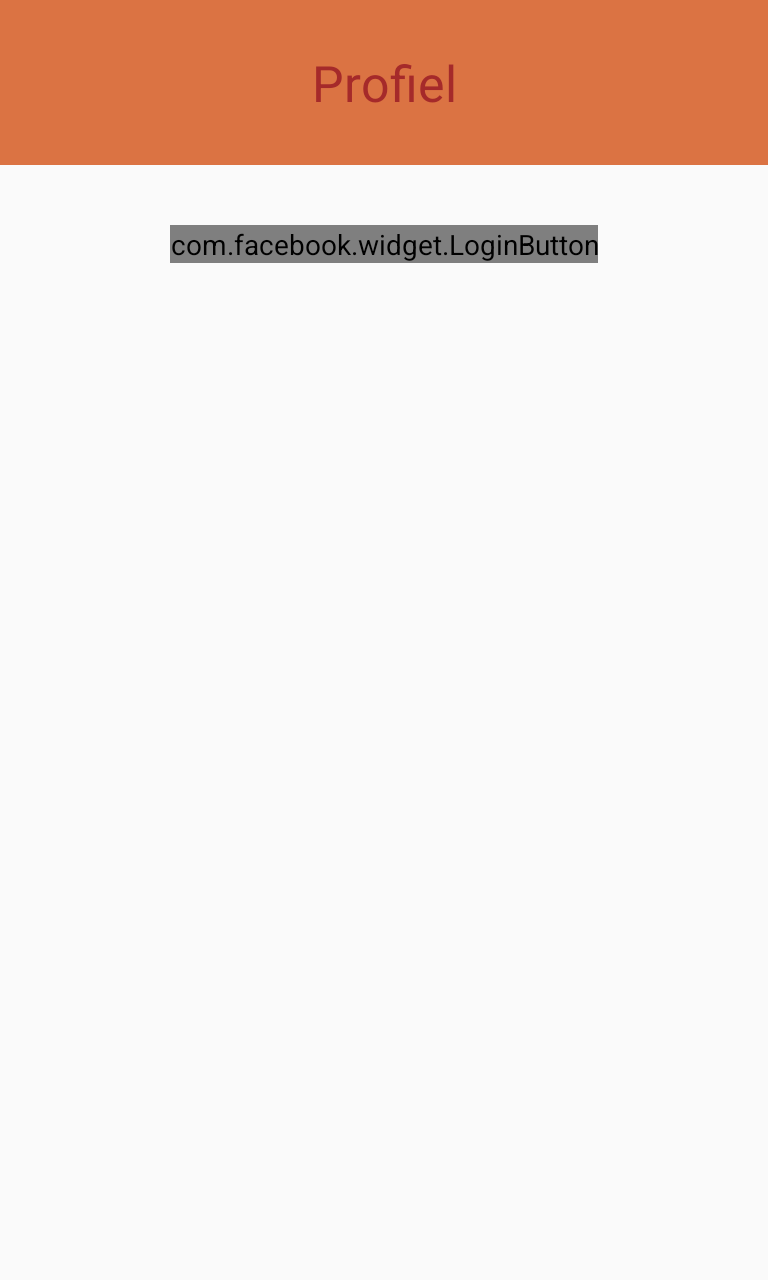
Repository: MarcSelles/BeatYourBucketAndroid
Layout: The_app/BeatYourBucket/res/layout/fragment_profile.xml
These files come from the project's save history. The layout is drawn as it stood at one moment and after the next save; the edit follows.
Pictures or frames that could not be fetched are drawn as grey boxes. It is drawn on a 768 x 1280 px phone screen (xhdpi) without system bars, with theme AppTheme; the app's code is not run.

Above is the layout before, as saved 2015-01-27 10:55:07.

After the next save:
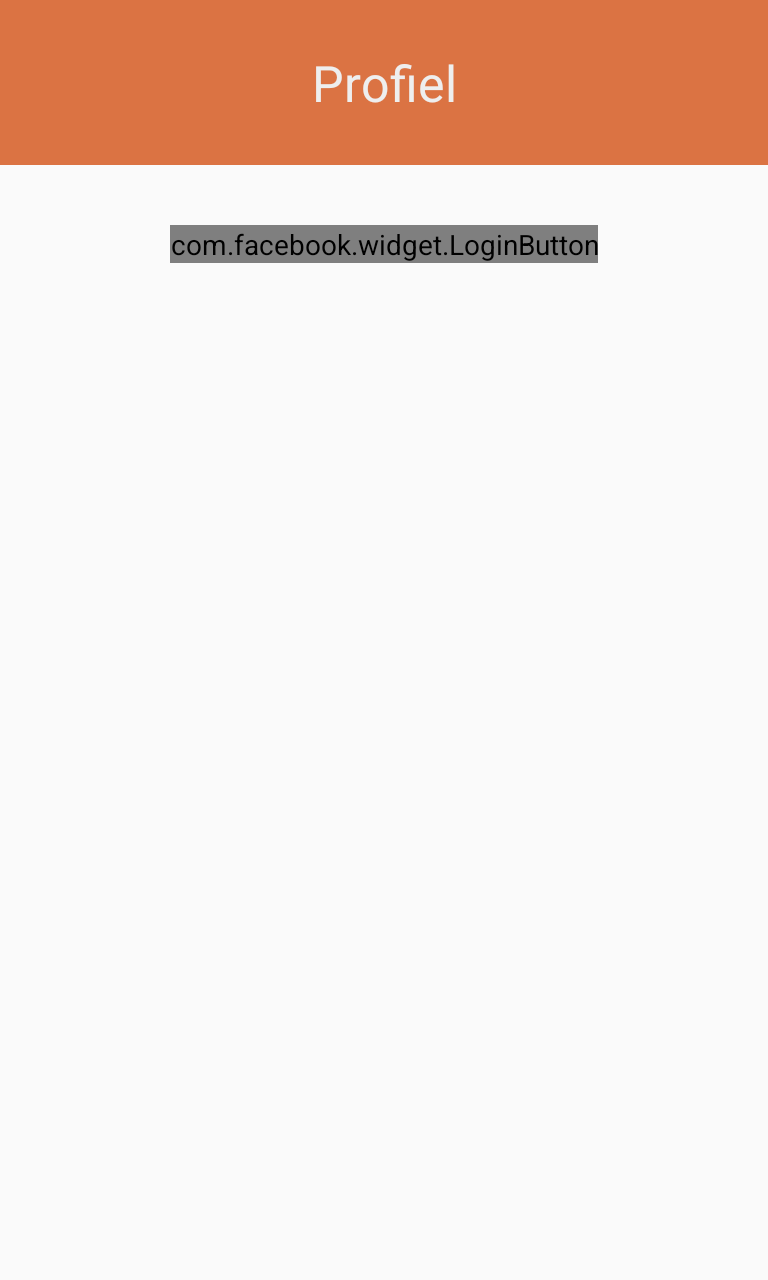
Saved 9 s later.
--- a/The_app/BeatYourBucket/res/layout/fragment_profile.xml
+++ b/The_app/BeatYourBucket/res/layout/fragment_profile.xml
@@ -13,7 +13,7 @@
 		 android:layout_height="0sp"
 		 android:layout_weight="0.14"
 		 android:textSize="25sp"
-		 android:textColor="#A52A2A"
+		 android:textColor="#EEEEEE"
 		 android:gravity="center"
 		 android:background="#DB7343"
 		 android:text="Profiel" />
